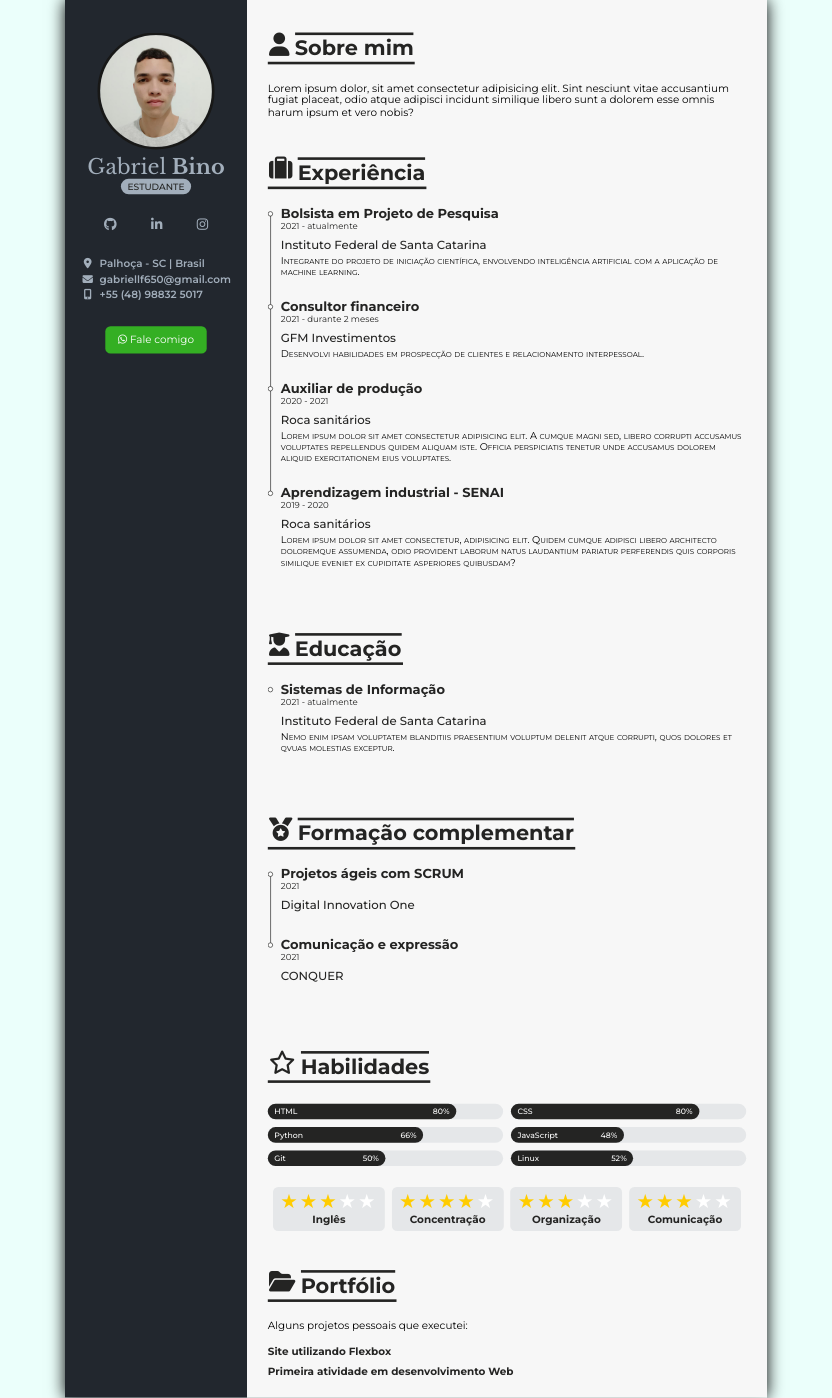
Repository: gabrielbino/curriculoResponsivo
Page: index.html
The author's editor kept a copy of each file at every save. The page is drawn from the files as they stood at one save, then again after the next save.
The browser window is 1280 px wide. The pictures show the whole page, at 65% of full size.
Some web libraries are served in a nearby version.

Above is the page before, as saved 2021-10-20 23:27:38.

### index.html
<!DOCTYPE html>
<html lang="pt-br">
  <head>
    <meta charset="UTF-8" />
    <meta name="viewport" content="width=device-width, initial-scale=1" />
    <link
      rel="stylesheet"
      href="https://cdnjs.cloudflare.com/ajax/libs/normalize/8.0.1/normalize.min.css"
      integrity="sha512-NhSC1YmyruXifcj/KFRWoC561YpHpc5Jtzgvbuzx5VozKpWvQ+4nXhPdFgmx8xqexRcpAglTj9sIBWINXa8x5w=="
      crossorigin="anonymous"
      referrerpolicy="no-referrer"
    />
    <script
      src="https://kit.fontawesome.com/a6ac7cca8d.js"
      crossorigin="anonymous"
    ></script>
    <link rel="stylesheet" href="css/style.css" />
    <link rel="shortcut icon" href="img/favicon.ico" />
    <title>CV do Gabriel</title>
  </head>
  <body>
    <main>
      <aside>
        <div class="sidebar">
          <img
            class="profile-picture"
            src="./img/option_profile.jpeg"
            alt="Gabriel Bino"
          />
          <h1 class="title-name"><span>Gabriel</span> Bino</h1>
          <h3 class="subtitle-role">Estudante</h3>
          <div class="social-links">
            <a href="https://github.com/gabrielbino" target="_blank">
              <i class="fab fa-github"></i>
            </a>
            <a
              href="https://www.linkedin.com/in/gabriel-fernandes-bino-456499195/"
              target="_blank"
            >
              <i class="fab fa-linkedin-in"></i>
            </a>
            <!-- <a href="https://twitter.com/theleoad" target="_blank">
              <i class="fab fa-twitter"></i>
            </a> -->
            <a href="https://www.instagram.com/gabrielfbino/" target="_blank">
              <i class="fab fa-instagram"></i>
            </a>
          </div>
          <ul class="personal-data">
            <li>
              <i class="fas fa-map-marker-alt"></i>
              <span>Palhoça - SC | Brasil</span>
            </li>
            <li>
              <i class="fas fa-envelope"></i>
              <a href="mailto:galbriellf650@gmail.com"
                >gabriellf650@gmail.com</a
              >
            </li>
            <li>
              <i class="fas fa-mobile-alt"></i>
              <a href="tel:+5548988325017">+55 (48) 98832 5017</a>
            </li>
          </ul>
          <a
            class="download-button"
            href="https://wa.me/+5548988325017"
            target="_blank"
          >
            <i class="fab fa-whatsapp"></i>
            <span>Fale comigo</span>
          </a>
        </div>
      </aside>
      <section>
        <article>
          <div class="article-title-wrapper">
            <i class="fas fa-user"></i>
            <h2 class="article-title">Sobre mim</h2>
          </div>
          <p>
            Lorem ipsum dolor, sit amet consectetur adipisicing elit. Sint
            nesciunt vitae accusantium fugiat placeat, odio atque adipisci
            incidunt similique libero sunt a dolorem esse omnis harum ipsum et
            vero nobis?
          </p>
        </article>
        <article>
          <div class="article-title-wrapper">
            <i class="fas fa-suitcase"></i>
            <h2 class="article-title">Experiência</h2>
          </div>
          <ul class="timeline">
            <li>
              <h4 class="timeline-title">Bolsista em Projeto de Pesquisa</h4>
              <h5 class="timeline-time">2021 - atualmente</h5>
              <h6 class="timeline-place">
                Instituto Federal de Santa Catarina
              </h6>
              <p class="timeline-text">
                Integrante do projeto de iniciação científica, envolvendo
                inteligência artificial com a aplicação de machine learning.
              </p>
            </li>
            <li>
              <h4 class="timeline-title">Consultor financeiro</h4>
              <h5 class="timeline-time">2021 - durante 2 meses</h5>
              <h6 class="timeline-place">GFM Investimentos</h6>
              <p class="timeline-text">
                Desenvolvi habilidades em prospecção de clientes e
                relacionamento interpessoal.
              </p>
            </li>
            <li>
              <h4 class="timeline-title">Auxiliar de produção</h4>
              <h5 class="timeline-time">2020 - 2021</h5>
              <h6 class="timeline-place">Roca sanitários</h6>
              <p class="timeline-text">
                Lorem ipsum dolor sit amet consectetur adipisicing elit. A
                cumque magni sed, libero corrupti accusamus voluptates
                repellendus quidem aliquam iste. Officia perspiciatis tenetur
                unde accusamus dolorem aliquid exercitationem eius voluptates.
              </p>
            </li>
            <li>
              <h4 class="timeline-title">Aprendizagem industrial - SENAI</h4>
              <h5 class="timeline-time">2019 - 2020</h5>
              <h6 class="timeline-place">Roca sanitários</h6>
              <p class="timeline-text">
                Lorem ipsum dolor sit amet consectetur, adipisicing elit. Quidem
                cumque adipisci libero architecto doloremque assumenda, odio
                provident laborum natus laudantium pariatur perferendis quis
                corporis similique eveniet ex cupiditate asperiores quibusdam?
              </p>
            </li>
          </ul>
        </article>
        <article>
          <div class="article-title-wrapper">
            <i class="fas fa-user-graduate"></i>
            <h2 class="article-title">Educação</h2>
          </div>
          <ul class="timeline">
            <li>
              <h4 class="timeline-title">Sistemas de Informação</h4>
              <h5 class="timeline-time">2021 - atualmente</h5>
              <h6 class="timeline-place">
                Instituto Federal de Santa Catarina
              </h6>
              <p class="timeline-text">
                Nemo enim ipsam voluptatem blanditiis praesentium voluptum
                delenit atque corrupti, quos dolores et qvuas molestias
                exceptur.
              </p>
            </li>
          </ul>
        </article>
        <article>
          <div class="article-title-wrapper">
            <i class="fas fa-medal"></i>
            <h2 class="article-title">Formação complementar</h2>
          </div>
          <ul class="timeline">
            <li>
              <h4 class="timeline-title">Projetos ágeis com SCRUM</h4>
              <h5 class="timeline-time">2021</h5>
              <h6 class="timeline-place">Digital Innovation One</h6>
            </li>
            <li>
              <h4 class="timeline-title">Comunicação e expressão</h4>
              <h5 class="timeline-time">2021</h5>
              <h6 class="timeline-place">CONQUER</h6>
            </li>
          </ul>
        </article>
        <article>
          <div class="article-title-wrapper">
            <i class="far fa-star"></i>
            <h2 class="article-title">Habilidades</h2>
          </div>
          <div class="skills-container">
            <div class="progress">
              <div class="progress-bar" role="progressbar" style="width: 80%">
                <div class="progress-text">
                  <span>HTML</span>
                  <span>80%</span>
                </div>
              </div>
            </div>
            <div class="progress">
              <div class="progress-bar" role="progressbar" style="width: 80%">
                <div class="progress-text">
                  <span>CSS</span>
                  <span>80%</span>
                </div>
              </div>
            </div>
            <div class="progress">
              <div class="progress-bar" role="progressbar" style="width: 66%">
                <div class="progress-text">
                  <span>Python</span>
                  <span>66%</span>
                </div>
              </div>
            </div>
            <div class="progress">
              <div class="progress-bar" role="progressbar" style="width: 48%">
                <div class="progress-text">
                  <span>JavaScript</span>
                  <span>48%</span>
                </div>
              </div>
            </div>
            <div class="progress">
              <div class="progress-bar" role="progressbar" style="width: 50%">
                <div class="progress-text">
                  <span>Git</span>
                  <span>50%</span>
                </div>
              </div>
            </div>
            <div class="progress">
              <div class="progress-bar" role="progressbar" style="width: 52%">
                <div class="progress-text">
                  <span>Linux</span>
                  <span>52%</span>
                </div>
              </div>
            </div>
          </div>
          <div class="soft-skills">
            <div class="soft-skill">
              <div class="soft-skill-rating" style="--rating: 3"></div>
              <h4 class="soft-skill-label">Inglês</h4>
            </div>
            <div class="soft-skill">
              <div class="soft-skill-rating" style="--rating: 4"></div>
              <h4 class="soft-skill-label">Concentração</h4>
            </div>
            <div class="soft-skill">
              <div class="soft-skill-rating" style="--rating: 3"></div>
              <h4 class="soft-skill-label">Organização</h4>
            </div>
            <div class="soft-skill">
              <div class="soft-skill-rating" style="--rating: 3"></div>
              <h4 class="soft-skill-label">Comunicação</h4>
            </div>
          </div>
        </article>
        <article>
          <div class="article-title-wrapper">
            <i class="fas fa-folder-open"></i>
            <h2 class="article-title">Portfólio</h2>
          </div>
          <p>Alguns projetos pessoais que executei:</p>
          <div class="portfolio">
            <a href="https://staticflexbox.netlify.app/" class="portfolio-item">
              Site utilizando Flexbox
            </a>
            <a href="https://anatomiahtml.netlify.app/" class="portfolio-item">
              Primeira atividade em desenvolvimento Web
            </a>
            <a href="#" class="portfolio-item">
              <div></div>
            </a>
            <a href="#" class="portfolio-item">
              <div></div>
            </a>
          </div>
        </article>
      </section>
    </main>
  </body>
</html>

### css/style.css
@import url("https://fonts.googleapis.com/css2?family=Libre+Baskerville:wght@400;700&family=Montserrat:wght@400;500;600;700&display=swap");

* {
  box-sizing: border-box;
}

img {
  max-width: 100%;
}

body {
  background-color: #ebfffb;
  color: black;
  font-family: "Montserrat", sans-serif;
}

main {
  background-color: #ebfffb;
  box-shadow: 0 0 1.5rem;
  display: flex;
  margin: 0 auto;
  max-width: 1080px;
  min-height: 100vh;
  width: 100%;
}

aside {
  background-color: #22272e;
  padding: 50px 0 16px;
  width: 280px;
}

.sidebar {
  align-items: center;
  display: flex;
  flex-direction: column;
  position: sticky;
  top: 16px;
  width: 100%;
}

.profile-picture {
  border-radius: 50%;
  border: solid 4px #181817;
  width: 180px;
}

.title-name {
  color: #a2aebb;
  font-family: "Libre Baskerville", serif;
  font-weight: 700;
  margin: 8px 0 0;
}

.title-name span {
  font-weight: 500;
}

.subtitle-role {
  background: #a2aebb;
  border-radius: 12px;
  color: #242423;
  font-size: 14px;
  font-weight: 500;
  margin: 0;
  padding: 4px 10px;
  text-transform: uppercase;
}

.social-links {
  display: flex;
  font-size: 20px;
  justify-content: space-between;
  margin: 36px 0;
  width: 160px;
}

.social-links a {
  color: #a2aebb;
}

.social-links a:hover {
  color: #e8eddf;
}

.personal-data {
  list-style-type: none;
  margin: 0;
  padding: 0;
}

.personal-data li {
  color: #a2aebb;
  font-weight: 600;
  line-height: 1.5;
}

.personal-data li a {
  color: inherit;
  text-decoration: none;
}

.personal-data i {
  margin-right: 4px;
  text-align: center;
  width: 20px;
}

.download-button {
  background: #34af23;
  border-radius: 8px;
  color: white;
  display: block;
  margin: 36px 0;
  padding: 12px 20px;
  text-decoration: none;
}

section {
  background-color: #f7f7f7;
  padding: 50px 32px 0;
  width: calc(100% - 280px);
}

article:not(:last-of-type) {
  margin-bottom: 60px;
}

.article-title-wrapper {
  align-items: center;
  border-bottom: 4px solid;
  color: #242423;
  display: inline-flex;
  margin-bottom: 12px;
  padding: 0 2px;
}
.article-title-wrapper i {
  font-size: 36px;
  margin: -8px 8px 0 0;
}

.article-title {
  border-top: 4px solid;
  color: #242423;
  font-size: 32px;
  font-weight: 800;
  margin: 0 0 2px;
  padding-top: 2px;
}

.timeline {
  list-style: none;
  margin: 20px 0;
  padding: 0;
}

.timeline li {
  margin: 0;
  padding: 2px 0 40px 20px;
  position: relative;
}

.timeline li::after {
  background-color: #fff;
  border-radius: 50%;
  border: 1px solid #242423;
  box-sizing: border-box;
  content: "";
  display: inline-block;
  height: 8px;
  left: 0;
  position: absolute;
  top: 2px;
  width: 8px;
}

.timeline li:not(:last-of-type)::before {
  background-color: #242423;
  content: "";
  height: 100%;
  left: 3.5px;
  position: absolute;
  top: calc(0.5em - 4px);
  width: 1px;
}

.timeline-title {
  color: #242423;
  font-size: 20px;
  margin: -8px 0 0;
}

.timeline-time {
  color: #242423;
  font-weight: 400;
  margin: 0;
}

.timeline-place {
  color: #242423;
  font-size: 18px;
  font-weight: 500;
  margin: 12px 0 4px;
}

.timeline-text {
  font-size: 15px;
  font-variant: small-caps;
  margin: 0;
}

.skills-container {
  display: flex;
  flex-wrap: wrap;
  justify-content: space-between;
  margin: 20px 0;
}

.progress {
  background-color: rgba(68, 86, 108, 0.1);
  border-radius: 20px;
  display: flex;
  font-size: 0.75rem;
  height: 1.5rem;
  margin-bottom: 12px;
  width: calc(50% - 6px);
}

.progress-bar {
  align-items: center;
  background-color: #242423;
  border-radius: 20px;
  color: #fff;
  font-weight: 500;
  display: flex;
  padding: 0 10px;
}

.progress-text {
  display: flex;
  justify-content: space-between;
  width: 100%;
}

.soft-skills {
  display: flex;
  justify-content: space-between;
  padding: 0 8px;
}

.soft-skill {
  background-color: rgba(68, 86, 108, 0.1);
  border-radius: 8px;
  padding: 8px;
  text-align: center;
  width: calc(25% - 8px);
}

.soft-skill-rating {
  --percent: calc(var(--rating) / 5 * 100%);
  display: inline-block;
  font-family: Times;
  font-size: 30px;
  line-height: 1;
}

.soft-skill-rating::before {
  background-clip: text;
  background: linear-gradient(90deg, #fc0 var(--percent), #fff var(--percent));
  content: "★★★★★";
  letter-spacing: 3px;
  -webkit-background-clip: text;
  -webkit-text-fill-color: transparent;
}

.soft-skill-label {
  color: #242423;
  margin: 4px 0 0;
}

.portfolio {
  display: flex;
  flex-wrap: wrap;
}


.portfolio-item {
  padding: 6px 0;
  margin: auto;
  width: 100%;
  color: #242423;
  font-weight: 800;
  text-decoration: none;
}

@media (max-width: 1024px) {
  .soft-skills {
    flex-wrap: wrap;
  }

  .soft-skill {
    margin: 4px;
    width: calc(50% - 8px);
  }
}

@media (max-width: 768px) {
  main {
    display: block;
  }

  aside,
  section {
    width: 100%;
  }

  section {
    padding: 32px 16px 0;
  }

  .article-title-wrapper {
    display: flex;
    padding: 0;
  }

  .progress,
  .soft-skill,
  .portfolio-item,
  .article-title {
    width: 100%;
  }

  .portfolio-item {
    text-align: center;
  }
}

After the next save:
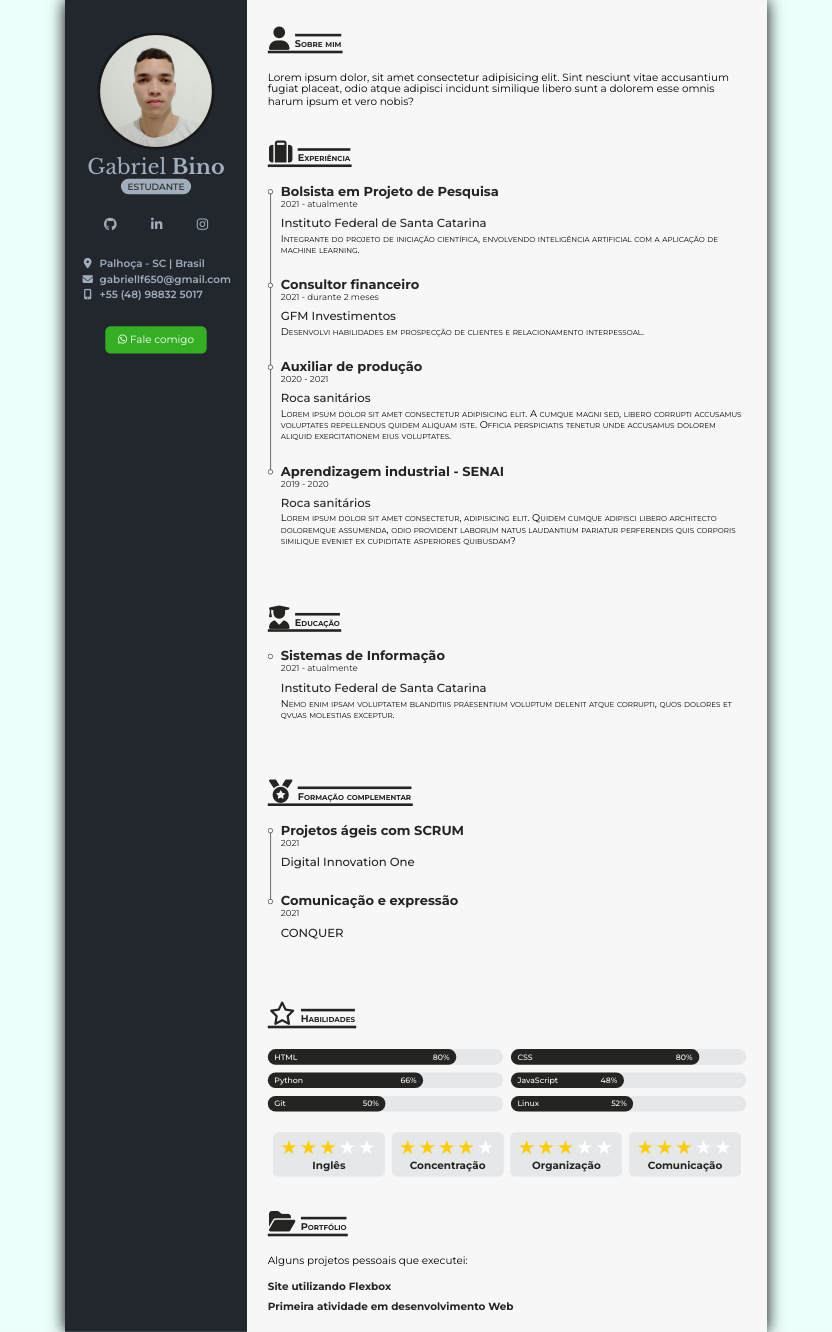
Saved 104 s later.
--- a/css/style.css
+++ b/css/style.css
@@ -203,7 +203,7 @@
   margin: 12px 0 4px;
 }
 
-.timeline-text {
+.timeline-text, .article-title {
   font-size: 15px;
   font-variant: small-caps;
   margin: 0;

After the save that followed:
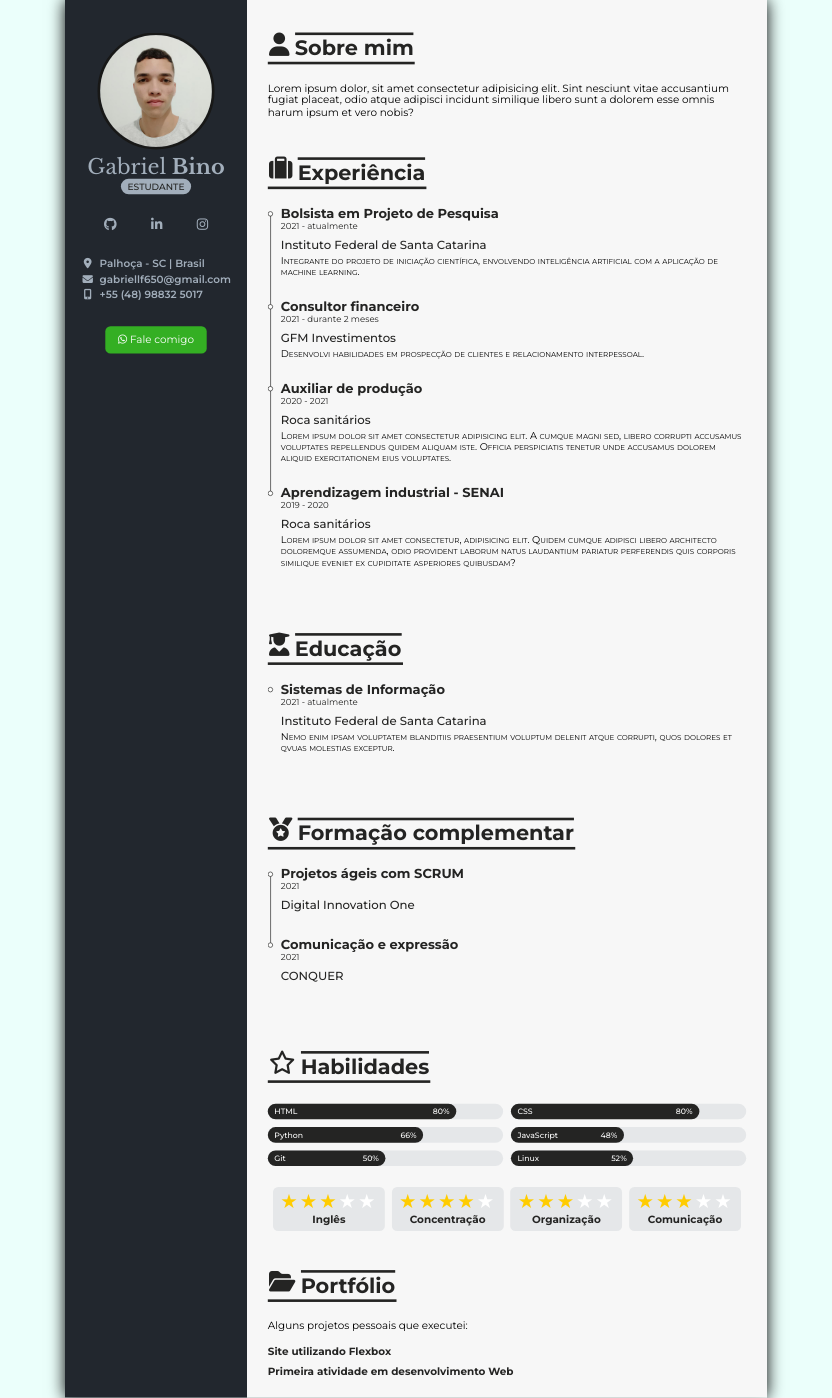
Saved 9 s later.
--- a/css/style.css
+++ b/css/style.css
@@ -203,7 +203,7 @@
   margin: 12px 0 4px;
 }
 
-.timeline-text, .article-title {
+.timeline-text {
   font-size: 15px;
   font-variant: small-caps;
   margin: 0;
